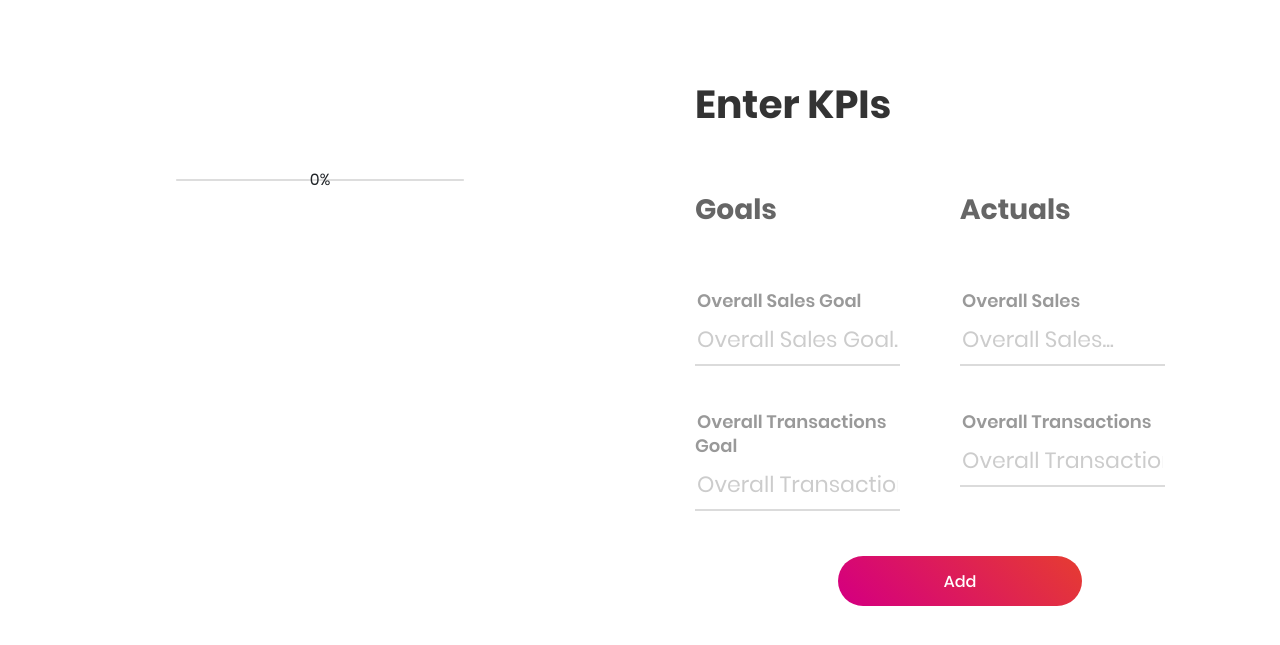
Repository: jameyel/kpi-entry
Page: index.html
An editor plug-in stored every save of this project. The page is shown before and after the next save, followed by the edit.
The browser window is 1280 px wide. The pictures show the whole page.

Above is the page before, as saved 2018-12-10 09:49:11.

After the next save:
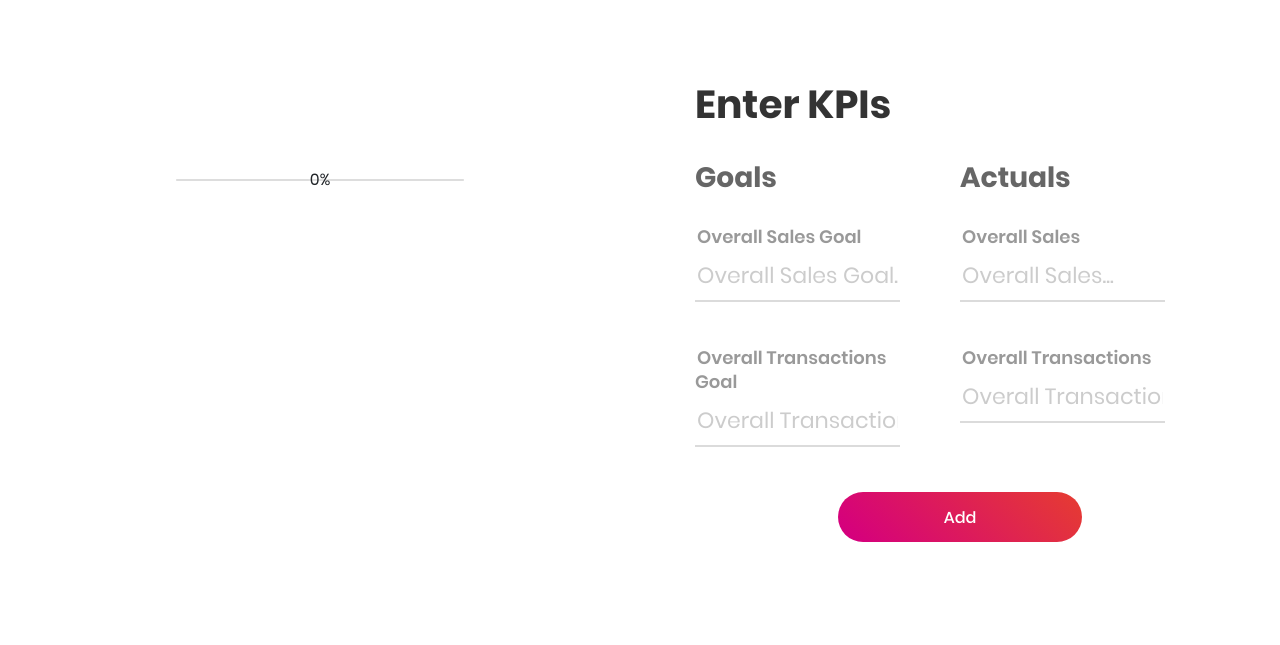
Saved 49 s later.
--- a/css/main.css
+++ b/css/main.css
@@ -255,7 +255,7 @@ iframe {
   color: #333;
   line-height: 1.2;
   text-align: left;
-  padding-bottom: 64px;
+  padding-bottom: 32px;
 }
 
 .kpi100-form-subtitle {
@@ -266,7 +266,7 @@ iframe {
   color: #666;
   line-height: 1.2;
   text-align: left;
-  padding-bottom: 64px;
+  padding-bottom: 32px;
 }
 
 /*------------------------------------------------------------------
